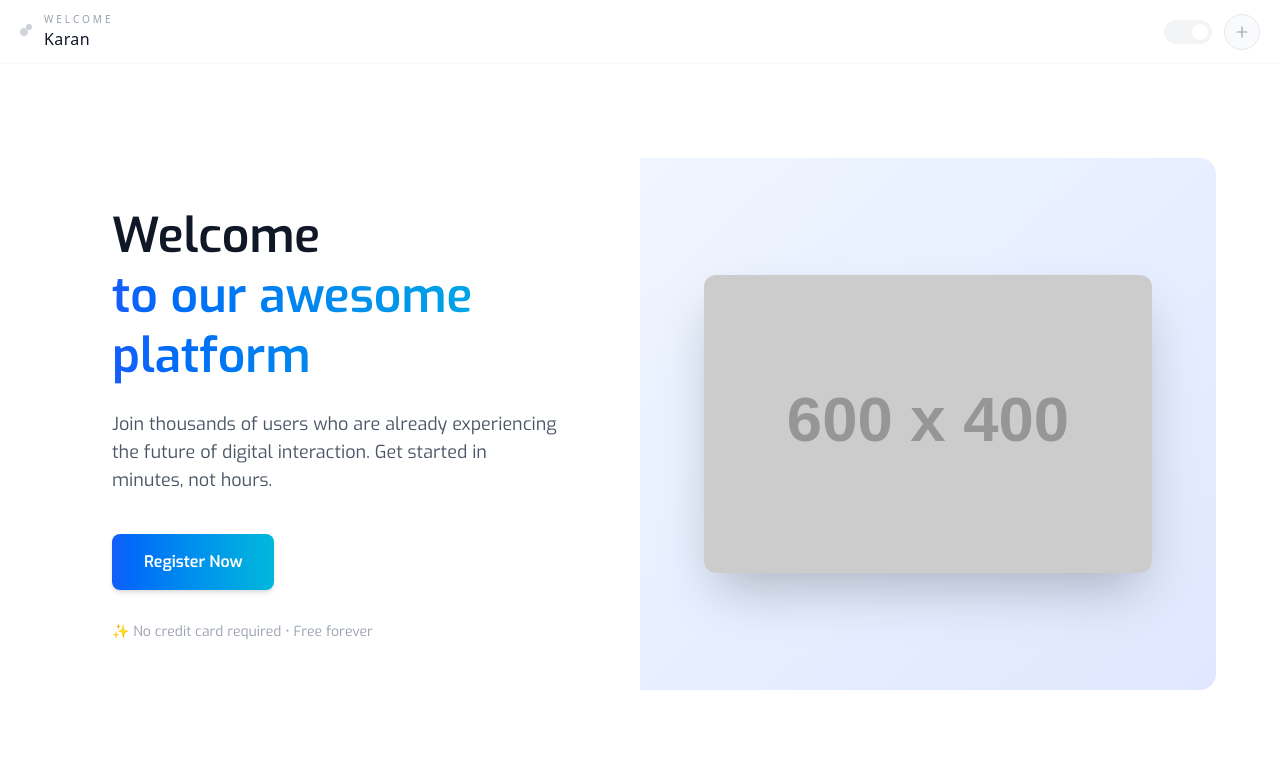
Repository: deepak445566/job
Page: / (app in frontend/)
An editor plug-in stored every save of this project. The page is shown before and after the next save, followed by the edit.
The browser window is 1280 px wide. The pictures show the whole page.
The page's requests for data from a server got no answer. Some web fonts or font styles are not loaded; a fallback is used. The project was rebuilt for these pictures with package versions that can differ from the ones it lists, and the page was loaded fresh each time. Some packages were replaced by stand-ins written for this rebuild. No one was signed in, and anything a server would have sent is missing. Also part of the build but not shown: frontend/vite.config.js, frontend/src/Components/auth/Login.jsx, frontend/src/Components/study/StudyDashboard.jsx, frontend/src/Components/chill/ChillDashboard.jsx.

Above is the page before, as saved 2026-02-26 13:58:46.

After the next save:
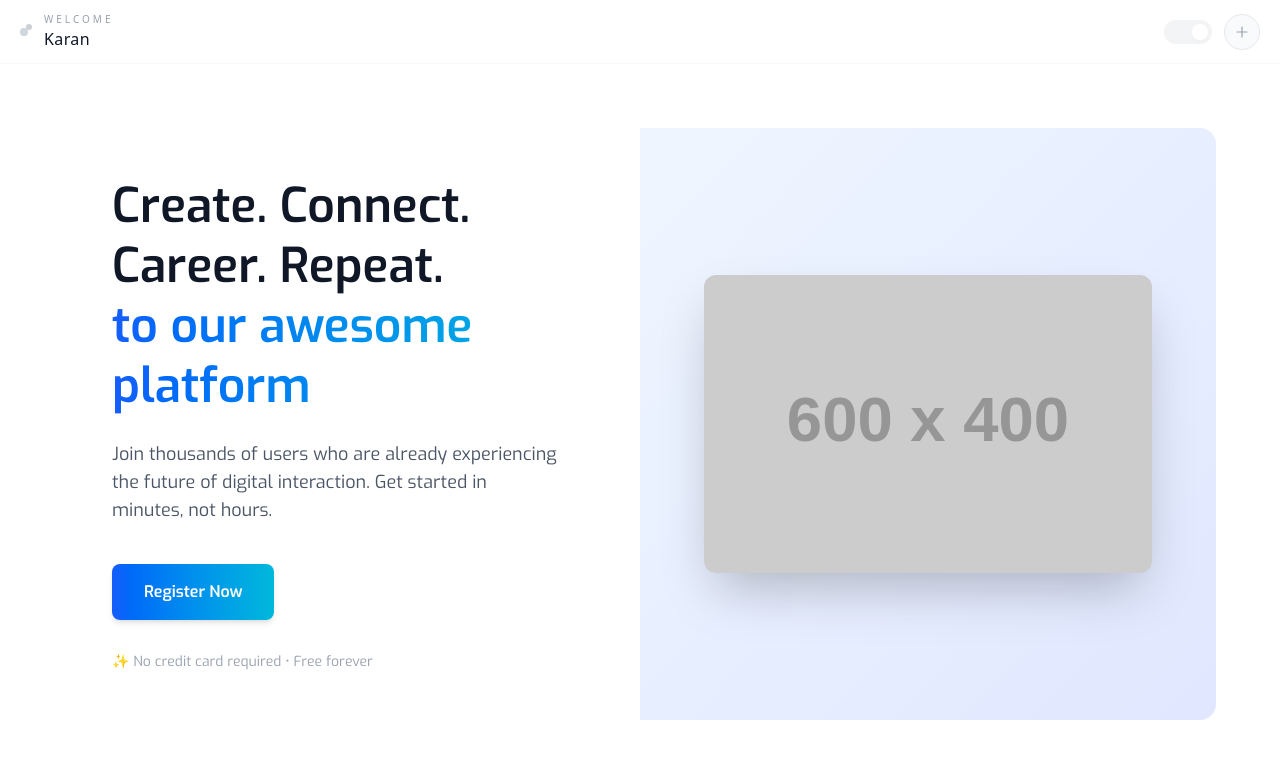
Saved 4 min 42 s later.
--- a/frontend/src/Components/Dashboard.jsx
+++ b/frontend/src/Components/Dashboard.jsx
@@ -30,7 +30,7 @@ function Dashboard() {
         <div className="w-full md:w-1/2 p-8 sm:p-10 lg:p-12 flex flex-col justify-center space-y-6">
           {/* Heading */}
           <h1 className="text-4xl sm:text-5xl font-semibold text-gray-900 leading-tight">
-            Welcome
+           Create. Connect. Career. Repeat.
             <span className="text-transparent bg-clip-text bg-gradient-to-r from-blue-600 to-cyan-500 block ">
              to our awesome platform
             </span>
